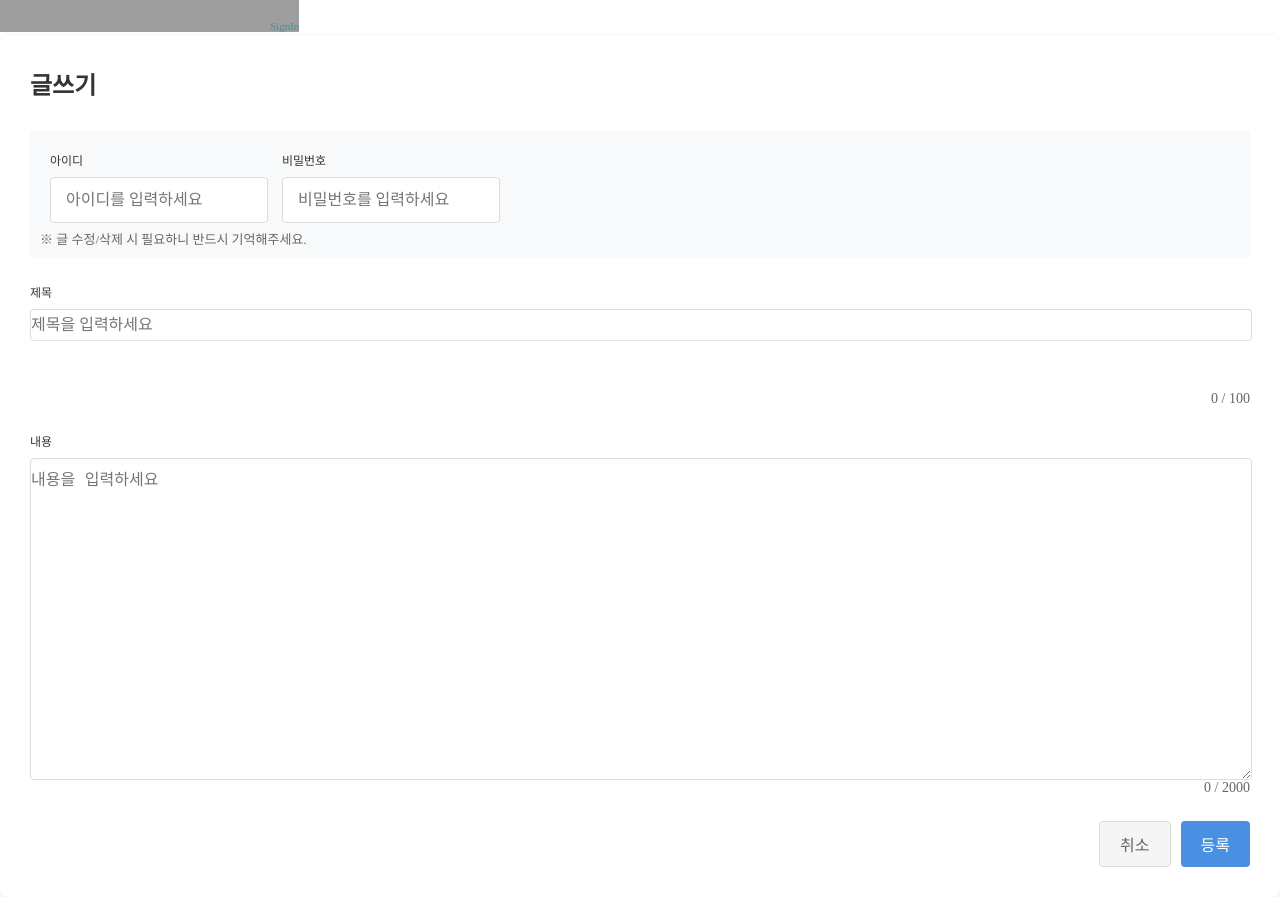
Repository: toris-dev/notice-board
Page: http://localhost/notice-board/WEB-INF/jsp/egovframework/example/board/write.jsp
These files come from the project's save history. The page is drawn as it stood at one moment and after the next save; the edit follows.
The browser window is 1280 px wide. The pictures show the whole page.
Pictures or frames that could not be fetched are drawn as grey boxes. The page is served by Tomcat 9. Nobody is signed in. The template is opened directly, without the code that normally fills it, so the values that code supplies are empty.

Above is the page before, as saved 2024-12-24 04:44:14.

After the next save:
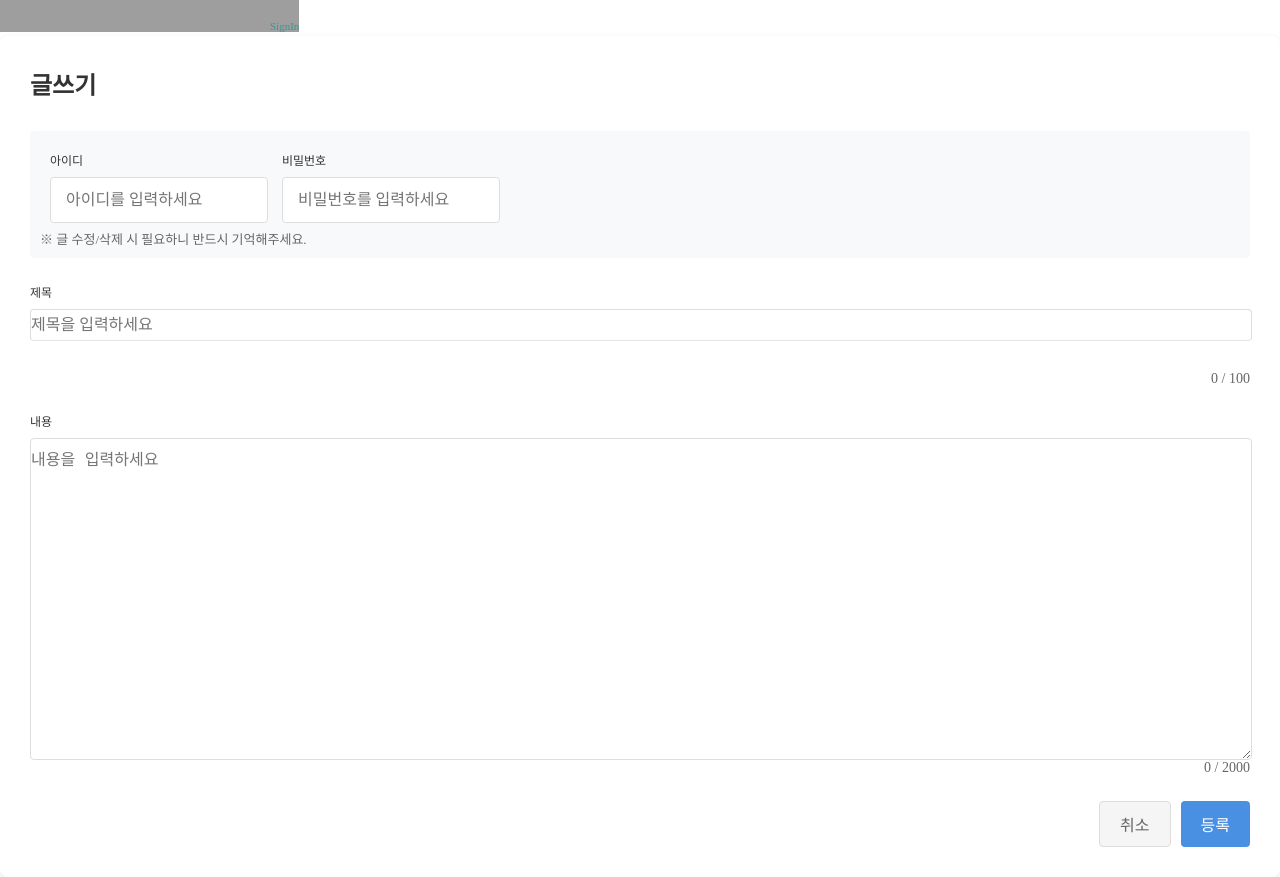
Saved 6 s later.
--- a/notice-board/src/main/webapp/css/egovframework/index.css
+++ b/notice-board/src/main/webapp/css/egovframework/index.css
@@ -397,7 +397,7 @@ a:hover {
 #title {
 	float: left;
 	text-align: left;
-	margin: 0 0 50px 0;
+	margin: 0 0 30px 0;
 	padding: 0;
 	height: 30px;
 	border-bottom: 1px solid #e5e5e5;
